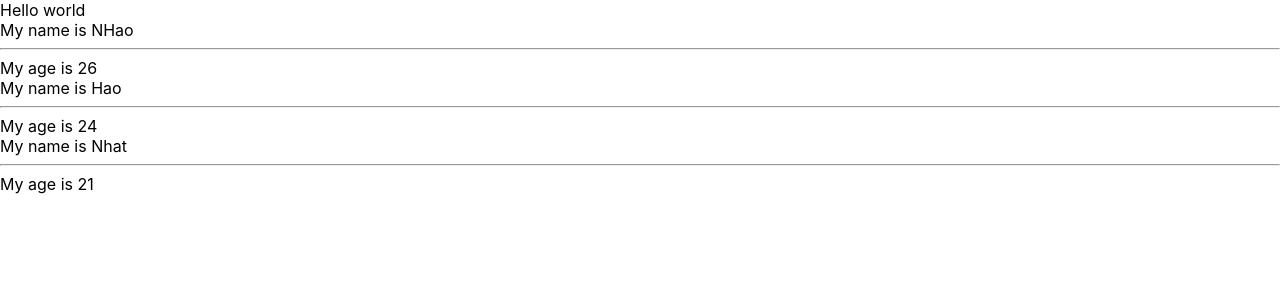
Repository: haonguyen09/reactProject
Page: /
The author's editor kept a copy of each file at every save. The page is drawn from the files as they stood at one save, then again after the next save.
The browser window is 1280 px wide. The pictures show the whole page.
The project was rebuilt for these pictures with package versions that can differ from the ones it lists, and the page was loaded fresh each time.

Above is the page before, as saved 2023-08-01 13:52:11.

After the next save:
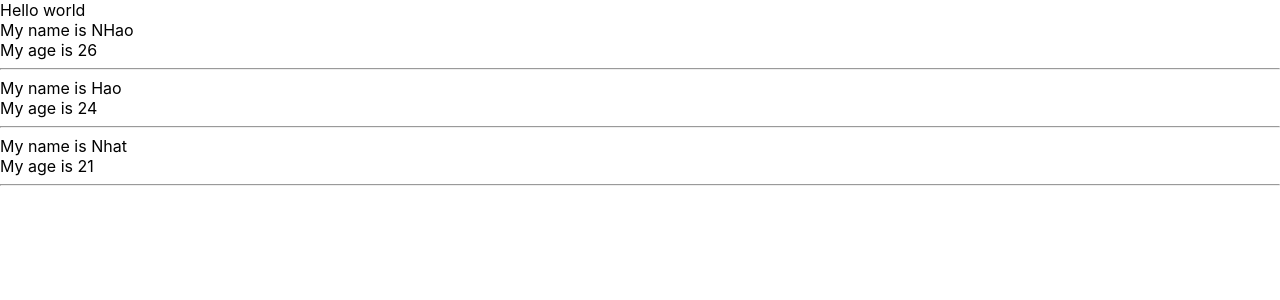
Saved 11 s later.
--- a/src/components/MyInfo.js
+++ b/src/components/MyInfo.js
@@ -19,8 +19,8 @@ class MyInfo extends React.Component {
                     return (
                     <div>
                         <div>My name is {user.name}</div>
+                        <div>My age is {user.age }</div>
                         <hr/>
-                        <div>My age is {user.age }</div>
                     </div>
                     )
                 })}
